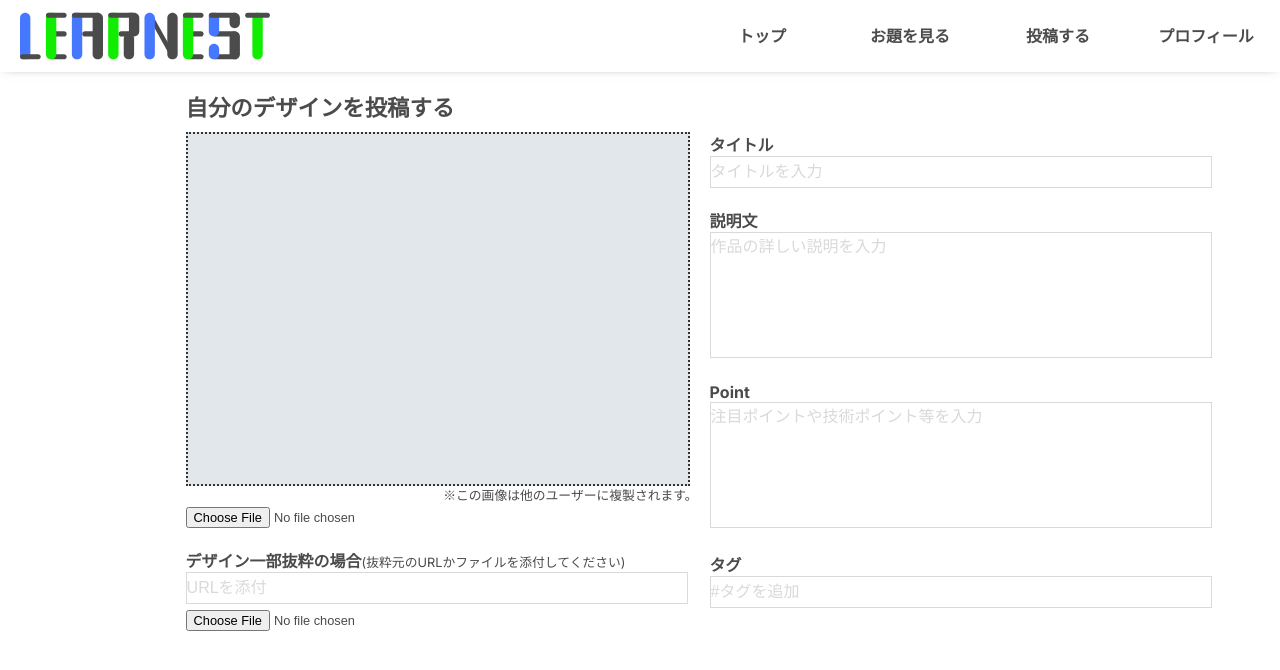
Repository: KawakamiAyaka/Learnest
Page: /inputPost
An editor plug-in stored every save of this project. The page is shown before and after the next save, followed by the edit.
The browser window is 1280 px wide. The pictures show the whole page.
The project was rebuilt for these pictures with package versions that can differ from the ones it lists, and the page was loaded fresh each time. The framework's server and built-in components were replaced by stand-ins that run in the browser. Also part of the build but not shown: next.config.mjs.

Above is the page before, as saved 2024-07-12 11:59:53.

### src/app/layout.tsx
import type { Metadata } from "next";
import { Inter } from "next/font/google";
import "./globals.css";
import Header from "@/Components/Header/Header";


const inter = Inter({ subsets: ["latin"] });

export const metadata: Metadata = {
  title: "learnest",
  description: "Generated by create next app",
};

export default function RootLayout({
  children,
}: Readonly<{
  children: React.ReactNode;
}>) {
  return (
    <html lang="ja">
      <body className={inter.className}>
        < Header/>
        {children}
      </body>
    </html>
  );
}

### src/app/inputPost/page.tsx
import style from "@/app/inputPost/inputPost.module.scss"

export default function inputPost() {
    return (
        <>
            <main className={style.input}>
                <h2 className={style.Title}>自分のデザインを投稿する</h2>
                <div className={style.inputWrap}>
                    <div>
                        <div className={style.inputFile}>
                            <p className={style.Notes}>※この画像は他のユーザーに複製されます。</p>
                        </div>
                        <input className={style.selectFile}type="file" />
                        <div className={style.ExcerptWrap}>
                            <h3>デザイン一部抜粋の場合<span>(抜粋元のURLかファイルを添付してください)</span></h3>
                            <input className={style.inputUrl} type="url" placeholder="URLを添付" name="URL"/>
                        </div>
                            <input className={style.selectFile} type="file" />
                    </div>
                    <div>
                        <h3>タイトル</h3>
                        <input className={style.inputTitle} type="text" placeholder="タイトルを入力" name="title"/>
                        <h3>説明文</h3>
                        <textarea className={style.explanation}  placeholder="作品の詳しい説明を入力" name="explanation"/>
                        <h3>Point</h3>
                        <textarea className={style.Point} placeholder="注目ポイントや技術ポイント等を入力"/>
                        <h3>タグ</h3>
                        <input className={style.tag} type="text" placeholder="#タグを追加"/>
                    </div>
                </div>
            </main>
        </>
    )
}

### src/app/globals.css
*{
  margin: 0;
  padding: 0;
  font-size: 16px;
  user-select: none;
  color: #4B4B4B;
  text-decoration: none;
}

### src/Components/Header/Header.tsx
// 'use client';
import Image from 'next/image'
import style from "@/Components/Header/Header.module.scss"
import Link from 'next/link';

export default function Header(){
    return(
        <>
            <header style={{
                        background:'white',
                        boxShadow:'0px 0px 10px -5px #777777',
                        width:'100%',
                        height:'10vh',
                        position:'fixed',
                        zIndex:'1000',
                        top:'0',
                        display:'flex',
                        alignItems:'center',
                        justifyContent:'space-between'
                    }}>
                <Image
                style={{marginLeft:'20px'}}
                src="LearnestLogo.svg"
                width={250}
                height={96}
                alt="larnestのロゴ"
                />
                <nav>
                    <ul style={{
                            display:'flex',
                            listStyleType:'none'
                        }}>
                        <li style={{
                                margin:'0 10px',
                                width:'8rem',
                                height:'2.5rem',
                                textAlign:'center',
                                lineHeight:'2.5rem'
                            }}>
                            <Link href="/"
                                style={{
                                    position:'relative',
                                    textDecoration:'none',
                                    fontWeight:'bold'
                                }}
                                className={style.Link}>トップ</Link>
                        </li>
                        <li style={{
                                margin:'0 10px',
                                width:'8rem',
                                height:'2.5rem',
                                textAlign:'center',
                                lineHeight:'2.5rem'
                            }}>
                            <Link href="/themaPost"
                                style={{
                                    position:'relative',
                                    textDecoration:'none',
                                    fontWeight:'bold'
                                }}
                                className={style.Link}>お題を見る</Link>
                        </li>
                        <li style={{
                                margin:'0 10px',
                                width:'8rem',
                                height:'2.5rem',
                                textAlign:'center',
                                lineHeight:'2.5rem'
                            }}>
                            <Link href="/inputPost"
                                style={{
                                    position:'relative',
                                    textDecoration:'none',
                                    fontWeight:'bold'
                                }}
                                className={style.Link}>投稿する</Link>
                        </li>
                        <li style={{
                                margin:'0 10px',
                                width:'8rem',
                                height:'2.5rem',
                                textAlign:'center',
                                lineHeight:'2.5rem'
                            }}>
                            <Link href="/profile"
                                style={{
                                    position:'relative',
                                    textDecoration:'none',
                                    fontWeight:'bold'
                                }}
                                className={style.Link}>プロフィール</Link>
                        </li>
                    </ul>
                </nav>
            </header>
        </>
    )
}

### src/app/inputPost/inputPost.module.scss
.input{
    margin: 0 auto;
    margin-top: 90px;
    width: 71%;

    .Title{
        font-size: 1.4rem;
        margin-bottom: 10px;
    }

    .inputWrap{
        display: flex;
        gap: 20px;

        .inputFile{
            background: #E2E7EC;
            width: 500px;
            height: 350px;
            border: dotted 2px #333;
            position: relative;
            margin-bottom: 20px;

            .Notes{
                position: absolute;
                bottom: -20px;
                right: -10px;
                font-size: 0.8rem;
            }
        }

        .selectFile{
            font-size: 0.8rem;
        }

        .ExcerptWrap{
            margin: 20px 0 5px 0;
            h3{
                span{
                    font-size: 0.8rem;
                    font-weight: normal;
                }
            }
            .inputUrl{
                width: 500px;
                height: 30px;
                border: #d9d9d9 1px solid;
                font-weight: normal;

            }
            .inputUrl::placeholder {
                color: #d9d9d9;
            }

            .inputUrl:focus::placeholder {
                color: transparent;
            }
        }
        .inputTitle{
            width: 500px;
            height: 30px;
            margin-bottom: 20px;
            border: #d9d9d9 1px solid;
            font-weight: normal;

        }
        .inputTitle::placeholder {
            color: #d9d9d9;
        }

        .inputTitle:focus::placeholder {
            color: transparent;
        }

        .explanation{
            width: 500px;
            height: 124px;
            margin-bottom: 20px;
            border: #d9d9d9 1px solid;

        }
        .explanation::placeholder {
            color: #d9d9d9;
        }

        .explanation:focus::placeholder {
            color: transparent;
        }

        .Point{
            width: 500px;
            height: 124px;
            margin-bottom: 20px;
            border: #d9d9d9 1px solid;

        }
        .Point::placeholder {
            color: #d9d9d9;
        }

        .Point:focus::placeholder {
            color: transparent;
        }

        textarea{
            resize: none;
        }

        .tag{
            width: 500px;
            height: 30px;
            margin-bottom: 20px;
            border: #d9d9d9 1px solid;

        }
        .tag::placeholder {
            color: #d9d9d9;
        }

        .tag:focus::placeholder {
            color: transparent;
        }
    }
}

### src/Components/Header/Header.module.scss

.Link{
    &::after{
        position: absolute;
        bottom: -5px;
        left: 0;
        content: "";
        width: 100%;
        height: 3px;
        background: #6084E7;
        // border-radius: 50vh;
        transform: scaleX(0);
        transform-origin: center top;
        transition: transform 0.3s;
    }

    &:hover::after{
        transform: scaleX(1);
        transform-origin: center top;
    }
}

After the next save:
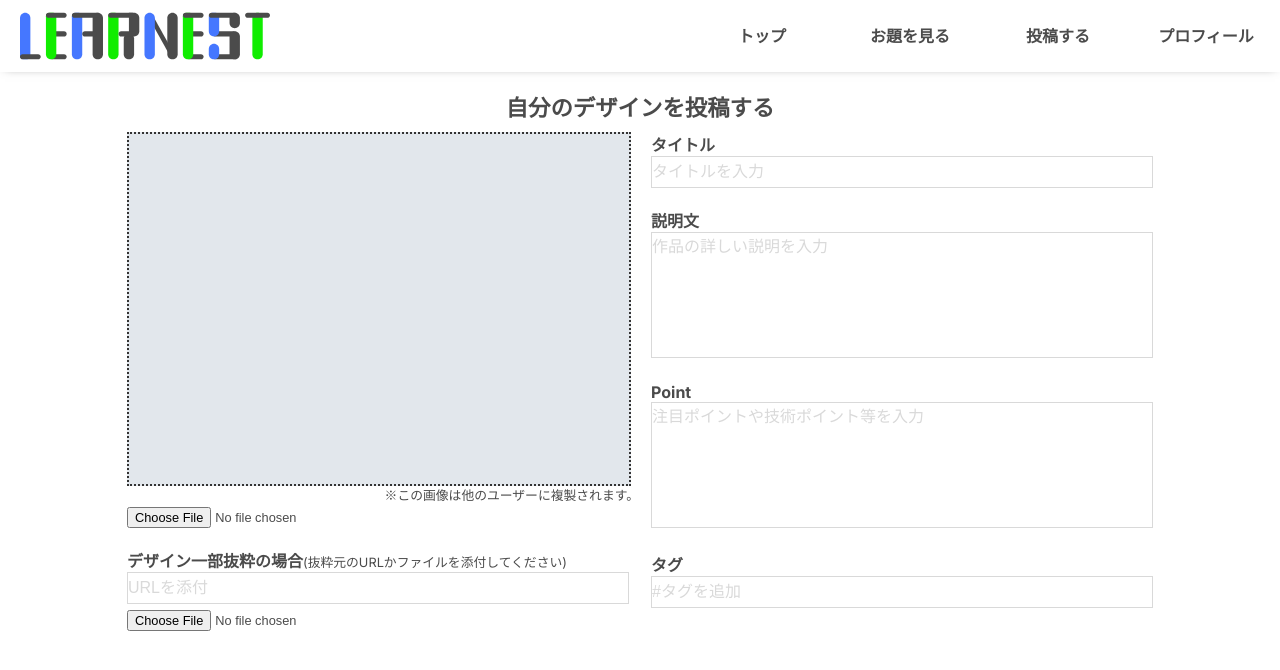
Saved 29 s later.
--- a/src/app/inputPost/inputPost.module.scss
+++ b/src/app/inputPost/inputPost.module.scss
@@ -1,7 +1,9 @@
 .input{
-    margin: 0 auto;
     margin-top: 90px;
-    width: 71%;
+    display: flex;
+    flex-flow: column;
+    justify-content: center;
+    align-items: center;
 
     .Title{
         font-size: 1.4rem;
